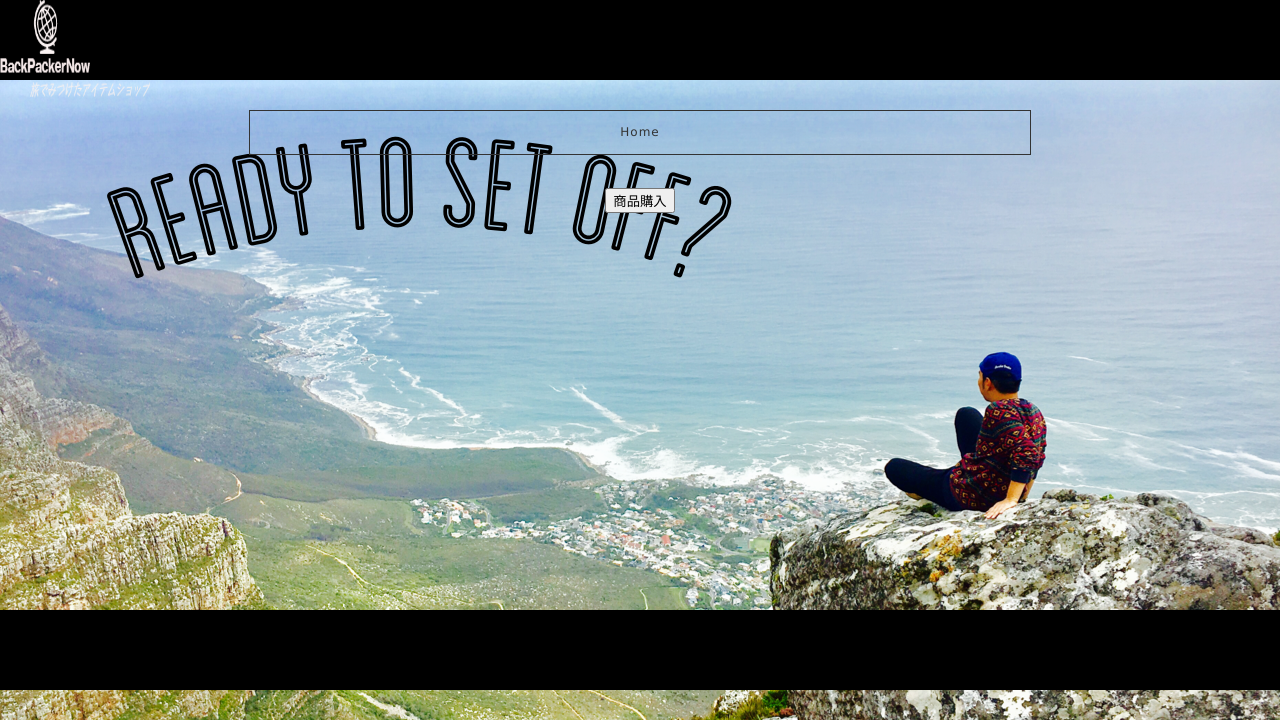
Repository: yanaiwataru/test
Page: http://localhost/ecsite/
An editor plug-in stored every save of this project. The page is shown before and after the next save, followed by the edit.
The browser window is 1280 px wide. The pictures show the whole page.
The page is served by Tomcat 9. Other server files are loaded and not shown.

Above is the page before, as saved 2018-03-12 08:42:10.

### ecsite/WebContent/home.jsp
<%@ page language="java" contentType="text/html; charset=UTF-8"

pageEncoding="UTF-8"%>

<%@ taglib prefix="s" uri="/struts-tags"%>
<!DOCTYPE html>
<html>
<head>

<meta http-equiv="Content-Type" content="text/html; charset=utf-8" />
<meta http-equiv="Content-Style-Type" content="text/css" />
<meta http-equiv="Content-Script-Type" content="text/javascript" />
<meta http-equiv="imagetoolbar" content="no" />
<meta name="description" content="" />
<meta name="keywords" content="" />
<link rel="stylesheet"type="text/css" href="css/ecsite.css">
<title>Home画面</title>
<style type="text/css">
.logo{
height: 100px;
width: 150px
}


</style>

</head>
<body>

<div id="header">

<div id="pr">

<img class="logo" src="./image/logo.png">
</div>

</div>
<div id="main">

<div id="top">
<p>Home</p>

</div>
<div id=”text-center”>

<s:form action="HomeAction">

<s:submit id="button" value="商品購入"/>

</s:form>
<s:if test="#session.id != null">

<p>ログアウトする場合は

<a href='<s:url action="LogoutAction" />'>こちら</a></p>
p{
padding-top:300px;
}
</s:if>

</div>

</div>
<div id="footer">





<div id="pr">
</div>

</div>

</body>
</html>

### ecsite/WebContent/css/ecsite.css
@CHARSET "UTF-8";



body {
margin:0;
padding:0;
line-height:1.6;
letter-spacing:1px;
font-family:Verdana, Helvetica, sans-serif;
font-size:12px;
color:#333;
background:#fff;
background-image: url("../image/readytosetoff.png");

background-size:auto;


  /* 画像を常に天地左右の中央に配置 */
  background-position: center center;

  /* 画像をタイル状に繰り返し表示しない */
  background-repeat: no-repeat;

  /* コンテンツの高さが画像の高さより大きい時、動かないように固定 */
  background-attachment: fixed;

  /* 表示するコンテナの大きさに基づいて、背景画像を調整 */
  background-size: cover;

  /* 背景画像が読み込まれる前に表示される背景のカラー */
  background-color: #464646;


}

table {
text-align:center;
margin:0 auto;
}
/* ========ecsite LAYOUT======== */
#top {
width:780px;
margin:30px auto;
border:1px solid #333;
}

#header {
width: 100%;
height: 80px;
background-color: black;
}
#main {
width: 100%;
height: 500px;
text-align: center;
}
#footer {
width: 100%;
height: 80px;
background-color: black;
clear:both;
}
#text-center {
display: inline-block;
text-align: center;

}

After the next save:
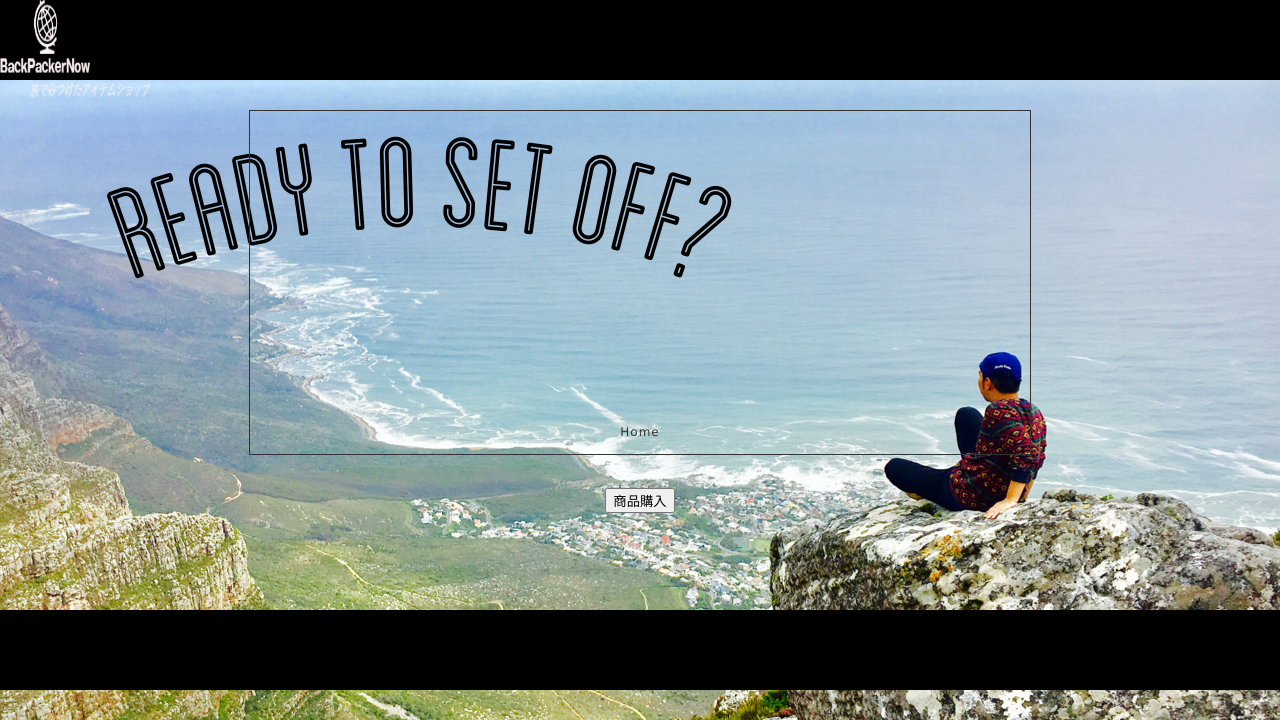
Saved 74 s later.
--- a/ecsite/WebContent/home.jsp
+++ b/ecsite/WebContent/home.jsp
@@ -21,6 +21,9 @@
 width: 150px
 }
 
+p{
+padding-top:300px;
+}
 
 </style>
 
@@ -53,9 +56,7 @@
 <p>ログアウトする場合は
 
 <a href='<s:url action="LogoutAction" />'>こちら</a></p>
-p{
-padding-top:300px;
-}
+
 </s:if>
 
 </div>
